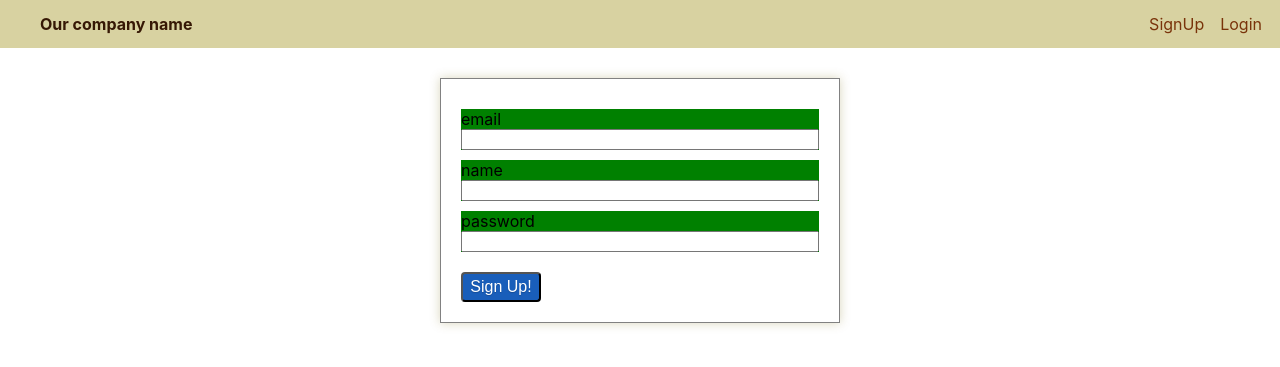
Repository: Zhabskyi/weather-aplication
Page: /sign-up
These files come from the project's save history. The page is drawn as it stood at one moment and after the next save; the edit follows.
The browser window is 1280 px wide. The pictures show the whole page.
The project was rebuilt for these pictures with package versions that can differ from the ones it lists, and the page was loaded fresh each time. Also part of the build but not shown: src/components/login/Login.css, src/components/login/loginForm/LoginForm.jsx, src/components/login/LogIn.jsx, src/containers/App.css.

Above is the page before, as saved 2018-12-22 20:21:05.

### src/index.js
import React from 'react';
import ReactDOM from 'react-dom';
import './index.css';
import './components/styles/base.css';
import App from './containers/App';
import * as serviceWorker from './serviceWorker';

ReactDOM.render(<App />, document.getElementById('root'));

// If you want your app to work offline and load faster, you can change
// unregister() to register() below. Note this comes with some pitfalls.
// Learn more about service workers: http://bit.ly/CRA-PWA
serviceWorker.unregister();

### src/components/styles/base.css

* {
  box-sizing: border-box;
}

html {
  font-family: 'Nunito', sans-serif;
  font-size: 16px;
}

body {
  padding: 0;
  margin: 0;
  min-height: 100vh;
}

h1,
h2,
h3,
h4,
p, figure {
  margin: 0;
  padding: 0;
}

ul, li {
  list-style: none;
  padding: 0;
  margin: 0;
}

h2 {
  font-size: 4.57rem;
}

h3 {
  font-size: 2rem;
}

h4 {
  font-size: 1rem;
}

a {
  text-decoration: none;
  display: inline-block;
}

### src/containers/App.js
import React, { Component } from 'react';
import { BrowserRouter as Router, Route, Link } from "react-router-dom";
import NavMenu from '../components/nav-menu/NavMenu';
import SignUp from '../components/sign-up/SignUp';
import Login from '../components/login/LogIn';
import './App.css';
import AuthService from '../commons/scripts/authService/AuthService';

const authService = new AuthService();

class App extends Component {
  render() {
		return (
		<Router>
			<div className="page-wrapper">
				<NavMenu>
					<Link to="/sign-up">SignUp</Link>
					<Link to="/login">Login</Link>
				</NavMenu>
				<Route path="/sign-up" render={(props) => {
					return <SignUp {...props} authService={authService} />
				}}/>
				<Route path ="/login" render={({props}) =>  <Login {...props} authService={authService} />} />
			</div>
		</Router>
	);
	}
}

export default App;

### src/components/nav-menu/NavMenu.jsx
import React from 'react';
import './NavMenu.css';


class NavMenu extends React.Component {

	render() {
		const listItems = [];

		React.Children.forEach(this.props.children, (child, i) => {
			const link = React.cloneElement(child, {
				key: i,
				className: 'nav-bar__link'
		});
			listItems.push(<li className="nav-bar__list__item" key={link.key+100}>
				{ link }
			</li>);
	});

		return (<div className='page-head'>
			<header className='header'>
				<nav className='nav-bar'>
					<div className='nav-bar__company'>
						Our company name
					</div>
					<div className='nav-bar__spacer'></div>
					<ul className='nav-bar__list'>
						{listItems}
					</ul>
				</nav>
			</header>
		</div>)
	}
}

export default NavMenu;

### src/components/sign-up/SignUp.jsx
import React from "react";
import "./SignUp.css";
import SignUpForm from "./signUpForm/SignUpForm";

class SignUp extends React.Component {
	state = {
		errors: [],
	};



	onSignUp = userData => {
		this.props.authService
		.signIn(userData)
		.then((resp) => {
			debugger;
		 	alert('GOOD!');
		})
		.catch((e) => {
		//	debugger;
			this.setState({errors: [...e.payload]})
		})
	};

	render() {
		return (
			<div className="sign-in">
				<SignUpForm
					onSignUp={this.onSignUp}
					errors={this.state.errors}
					inputClass={this.inputClass}
					/>
			</div>
		);
	}
}

export default SignUp;

### src/commons/scripts/authService/AuthService.js
class AuthService {
  constructor(domain) {
    this.domain = domain || "https://rest-node-course-api.herokuapp.com";
  }

  validateResponse = resp => {
    return resp.json().then(json => {
      if (resp.status !== 200 || resp.status !== 201) {
        const error = new Error();
        error.code = resp.status;
        error.message = json.message;
        error.payload = json.data;
        return Promise.reject(error);
      }
      return json;
    });
  };

  onValidationSuccess = jsonResponseData => {
    this.setToken(jsonResponseData.token);
    return jsonResponseData;
  };

  onValidationError = e => {
    console.log(e);
    throw e;
  };

  signIn = state => {
    return fetch(`${this.domain}/auth/signup`, {
      method: "PUT",
      headers: {
        "Content-Type": "application/json"
      },
      body: JSON.stringify(state)
    })
      .then(this.validateResponse)
      .then(this.onValidationSuccess)
      .catch(this.onValidationError);
  };

  login = state => {
    return fetch(`${this.domain}/auth/login`, {
      method: "POST",
      headers: {
        "Content-Type": "application/json"
      },
      body: JSON.stringify(state)
    })
      .then(resp => resp.json())
      .then(resp => {
        console.log(resp);
        this.setToken(resp.token);
      })
      .catch(e => {
        console.log(e);
      });
  };

  getPosts = () => {
    fetch(`${this.domain}/feed/posts`, {
      method: "GET",
      headers: {
        Authorization: `Bearer ${this.getToken()}`,
        "Content-Type": "application/json"
      }
    })
      .then(resp => resp.json())
      .then(resp => {
        console.log(resp);
      })
      .catch(e => {
        console.log(e);
      });
  };

  setToken(token) {
    console.log("SET TOKEN TO STORAGE");
    localStorage.setItem("token", token);
  }

  getToken() {
    return localStorage.getItem("token");
  }

  loggedIn() {
    const token = this.getToken();
    return !!token;
  }
}

export default AuthService;

### src/components/nav-menu/NavMenu.css
.page-head {
	height: 3rem;
	background-color: rgba(190, 181, 99, 0.6);
}

.header {
	height: 100%;
}
.nav-bar {
	display: flex;
	align-items: center;
	height: 100%;
}

.nav-bar__spacer {
	flex: 1 1;
}

.nav-bar__company {
	margin-left: 30px;
	padding: 0 10px;
	font-weight: 700;
	color: rgb(54, 24, 5);
}

.nav-bar__list {
	display: flex;
	align-items: center;
	justify-content: space-between;
	padding: 0 10px;
}

.nav-bar__list__item {
	padding: 0 0.5rem;
}

.nav-bar__link {
	color:rgb(121, 51, 10);
}

### src/components/sign-up/SignUp.css
.sign-in {
	max-width: 400px;
	padding: 20px;
	margin: 30px auto;
	border: 1px solid rgba(29, 29, 29, 0.555);
	box-shadow: 0px 0px 10px 0px rgba(131, 119, 37, 0.3);
}

.sign-in__container {
	width: 100%;
}

.sign-in__container__label {
	display: block;
	padding: 5px;
	width: 100%;
}

.sign-in__container__input {
	width:100%;
	outline: none;
	padding: 5px;
	border: 1px solid rgb(39, 27, 0);
	border-radius: 5px;
}

.sign-in__button {
	margin-top: 10px;
	font-size: 16px;
	color: white;
	height: 30px;
	width: 80px;
	border-radius: 4px;
	text-shadow: 0 1px 1px rgba(0, 0, 0, 0.2);
	background: rgba(131, 119, 37, 0.9);
}

.input-error {
	border: 2px solid rgb(163, 12, 1);
	background-color: rgba(163, 12, 1, 0.2);
}

### src/components/sign-up/signUpForm/SignUpForm.jsx
import React from "react";

import Input from "../../input/Input";
import Button, {TYPES} from '../../button/Button';

const FORM_FIELDS = {
	isEmailFieldValid: 'isEmailFieldValid',
	isPasswordValid: 'isPasswordValid',
	isNameValid: 'isNameValid'
}

class SignUpForm extends React.Component {
  state = {
    email: "",
    name: "",
    password: "",
    [FORM_FIELDS.isEmailFieldValid]: true,
    [FORM_FIELDS.isPasswordValid]: true,
    [FORM_FIELDS.isNameValid]: true
  };

  handleFormSignIn = e => {
    e.preventDefault();
    if (
      this.validator(FORM_FIELDS.isEmailFieldValid) &&
      this.validator(FORM_FIELDS.isPasswordValid) &&
      this.validator(FORM_FIELDS.isNameValid)
    ) {
      this.props.onSignUp(this.state);
    }
  };

  chnageHandler = field => {
    return e => {
      const value = e.target.value;
      this.setState({ [field]: value });
    };
  };

  validator = field => {
    return e => {
      if (e.target.value.length < 5) {
        const value = false;
        this.setState(oldState => ({ ...oldState,  [field]: value }));
        e.target.setCustomValidity("Have to be longer than 5 symbols");
      } else {
				const value = true;
        this.setState(oldState => ({ ...oldState,  [field]: value }));
        e.target.setCustomValidity("");
      }
      return this.state.field;
    };
  };

  render() {
    return (
      <form onSubmit={this.handleFormSignIn}>
        <Input
          title="email"
          onChange={this.chnageHandler("email")}
          onBlur={this.validator(FORM_FIELDS.isEmailFieldValid)}
					value={this.state.email}
					valid={this.state[FORM_FIELDS.isEmailFieldValid]}
          type="email"
					id="email"
        />
        <Input
          title="name"
          onChange={this.chnageHandler("name")}
          onBlur={this.validator(FORM_FIELDS.isNameValid)}
          value={this.state.name}
          type="text"
					id="name"
					valid={this.state[FORM_FIELDS.isNameValid]}
        />
        <Input
          title="password"
          onChange={this.chnageHandler("password")}
          onBlur={this.validator(FORM_FIELDS.isPasswordValid)}
          value={this.state.password}
          type="password"
					id="password"
					valid={this.state[FORM_FIELDS.isPasswordValid]}
        />
        <Button title={'Sign Up!'} type={TYPES.primary}/>
      </form>
    );
  }
}

export default SignUpForm;

### src/components/input/Input.jsx
import React from 'react';
import './Input.css';
import classnames from 'classnames';

export const Input = (props) => {
    const classNames = classnames('input', {'input_invalid': !props.valid});

    return <div className={classNames}>
        <label className='input__label' htmlFor={props.id}>{props.title}</label>
        <input className='input__native-input'
            onChange={props.onChange}
            onBlur={props.onBlur}
            value={props.value}
            type={props.type}
            id={props.id}/>
    </div>
};

export default Input;

### src/components/button/Button.jsx
import React from 'react';
import classnames from 'classnames';
import './Button.css';

export const TYPES = {
    primary: '0',
    default: '1',
    warn: '2'
}

export const Button = props => {
    const classNames = classnames('btn', {
        'btn_default': props.type === TYPES.default || true,
        'btn_primary': props.type === TYPES.primary,
        'btn_warn': props.type === TYPES.warn
    });

    return <button
        className={classNames}
        type={props.type || 'submit'}
        onClick={props.onClick}
        >{props.title}</button>
}

export default Button;

### src/components/input/Input.css
.input {
    width: 100%;
    background: green;
    display: flex;
    flex-direction: column;
    margin: 10px 0;
}

.input__native-input {
    width: 100%;
}

.input_invalid {
    background: red;
}

### src/components/button/Button.css
.btn {
    margin-top: 10px;
	font-size: 16px;
	height: 30px;
	width: 80px;
	border-radius: 4px;
	text-shadow: 0 1px 1px rgba(0, 0, 0, 0.2);

}

.btn_default {
    background: rgba(131, 119, 37, 0.9);
    color: white;
}

.btn_primary {
    background: rgba(0, 77, 179, 0.9);
    color: white;
}

.btn_warn {
    background: rgba(124, 15, 1, 0.9);
    color: white;
}

Loaded but not shown: public/index.html (common file); src/index.css (common file); src/serviceWorker.js (common file)

After the next save:
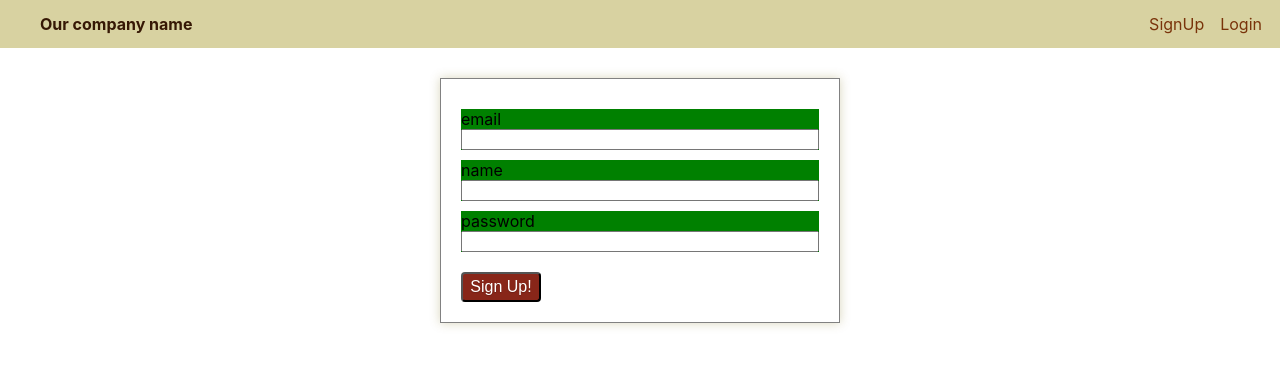
Saved 62 s later.
--- a/src/components/sign-up/signUpForm/SignUpForm.jsx
+++ b/src/components/sign-up/signUpForm/SignUpForm.jsx
@@ -82,7 +82,7 @@ class SignUpForm extends React.Component {
 					id="password"
 					valid={this.state[FORM_FIELDS.isPasswordValid]}
         />
-        <Button title={'Sign Up!'} type={TYPES.primary}/>
+        <Button title={'Sign Up!'} type={TYPES.warn}/>
       </form>
     );
   }
